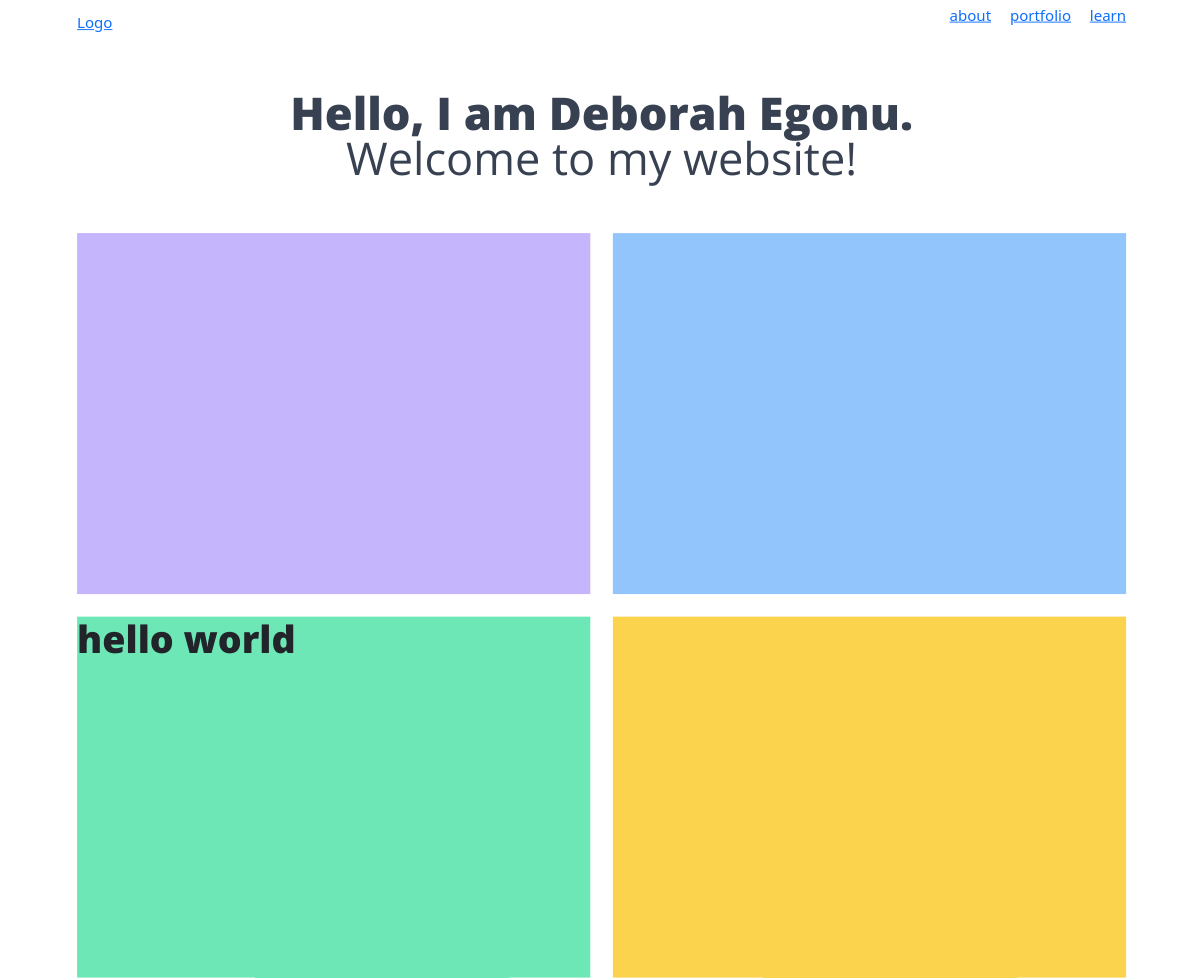
Repository: latenightsnacc/codewithdeb
Page: index.html
These files come from the project's save history. The page is drawn as it stood at one moment and after the next save; the edit follows.
The browser window is 1280 px wide. The pictures show the whole page, at 94% of full size.

Above is the page before, as saved 2021-06-07 11:10:05.

After the next save:
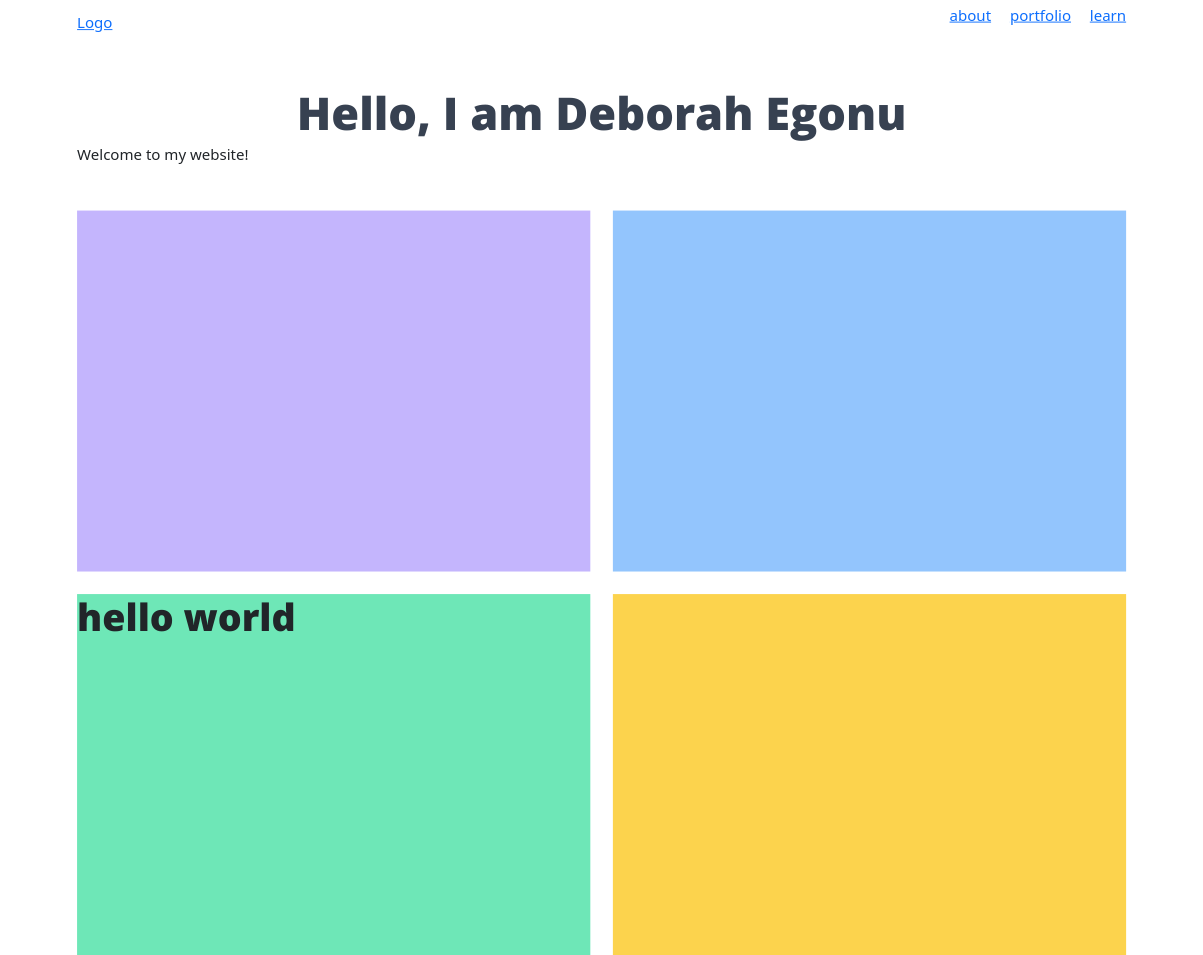
Saved 19 s later.
--- a/index.html
+++ b/index.html
@@ -46,8 +46,8 @@
     <div class="h-12"></div>
     <!--H1 TEXT-->
     <div class="container">
-        <h1 class="text-center text-xl lg:text-5xl text-gray-700">Hello, I am Deborah Egonu.
-            <br/> <span class="font-normal py-5">Welcome to my website!</span> </h1>
+        <h1 class="text-center text-xl lg:text-5xl text-gray-700">Hello, I am Deborah Egonu </h1>
+        <span class="font-normal py-5">Welcome to my website!</span>
     </div>
 
     <div class="h-12"></div>
